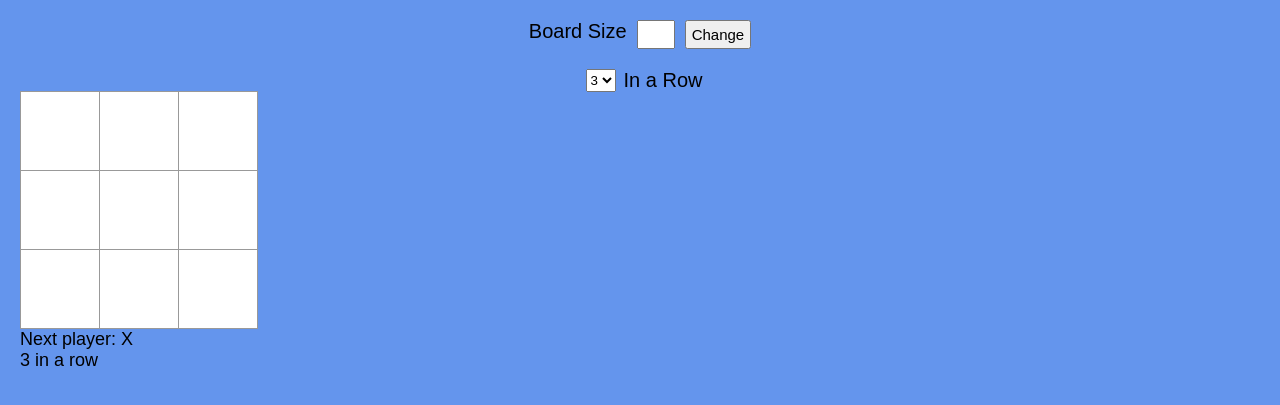
Repository: yshong211/tic-tac-toe-0708
Page: /
These files come from the project's save history. The page is drawn as it stood at one moment and after a run of saves; the edit follows.
The browser window is 1280 px wide. The pictures show the whole page.
The project was rebuilt for these pictures with package versions that can differ from the ones it lists, and the page was loaded fresh each time.

Above is the page before, as saved 2020-07-09 09:39:34.

### src/index.jsx
import React from 'react';
import ReactDOM from 'react-dom';
import './index.css';
import GetDim from './components/getDim/getDim';

// ========================================

// renders the game component to element

ReactDOM.render(<GetDim />, document.getElementById('root'));

### src/index.css
body {
  font: 18px 'Century Gothic', Futura, sans-serif; /* size, font */
  margin: 20px; /* space outside of border */
  background-color: cornflowerblue;
}

form {
  margin-bottom: 20px;
}

ol,
ul {
  padding-left: 30px; /* space b/t left border to content */
}

.board-row:after {
  clear: both;
  content: '';
  display: table;
}

.status {
  margin-bottom: 10px;
}


.square:focus {
  outline: none;
}

.kbd-navigation .square:focus {
  background: #ddd;
}

### src/components/getDim/getDim.jsx
import React from 'react';
import Game from '../game/game';
import './getDim.css';

export default class GetDim extends React.Component {
  constructor(props) {
    super(props);
    this.state = { rows: 3, winning: 3, board: [] };
    this.handleInputChange = this.handleInputChange.bind(this);
    this.handleClick = this.handleClick.bind(this);
  }

  handleInputChange(event) {
    const value = event.target.value;
    const name = event.target.name;
    this.setState({
      [name]: value,
    });
  }

  handleClick(e) {
    e.preventDefault();
    if (window.confirm('Change fosho?')) {
      if (this.refs.rows.value < 3 || this.refs.rows.value > 10) {
        alert('3-10 only');
      } else {
        this.setState({
          rows: this.refs.rows.value,
          board: [],
        });
      }
    }
  }

  how_many(rows) {
    let how = [];
    for (let i = 3; i <= rows; i++) {
      how.push(<option value={i}>{i}</option>);
    }
    return how;
  }

  render() {
    return (
      <div className="submission">
        <form>
          <label className="size">
            Board Size
            <br />
            <input ref="rows" type="number" />
            <button
              className="submit"
              onClick={(e) => {
                this.handleClick(e);
              }}
            >
              Change
            </button>
          </label>
        </form>

        <label className="win">
          <select
            className="win_select"
            name="winning"
            value={this.state.winning}
            onChange={this.handleInputChange}
          >
            {this.how_many(this.state.rows)}
          </select>
          In a Row
          <br />
        </label>

        <Game
          rows={parseInt(this.state.winning)}
          board_rows={parseInt(this.state.rows)}
          board={this.state.board}
        />
      </div>
    );
  }
}

### src/components/game/game.jsx
import React from 'react';
import Board from '../board/board';

export default class Game extends React.Component {
  constructor(props) {
    super(props);
    this.state = {
      history: [], // track the last index
      stepNumber: 0, // count var
      xIsNext: true,
    };
  }

  hor(squares, row_length, count, x, o) {
    let index = 0;
    for (let i = 0; i < this.props.board_rows; i++) {
      for (let j = 0; j < this.props.board_rows; j++) {
        if (squares[index] === 'X') {
          x++;
          o = 0;
          count++;
        } else if (squares[index] === 'O') {
          o++;
          x = 0;
          count++;
        } else {
          count = 0;
        }
        index++;
        if (o >= row_length && count >= row_length) {
          return 'O';
        }
        if (x >= row_length && count >= row_length) {
          return 'X';
        }
      }
      x = 0;
      o = 0;
    }
  }

  vert(squares, row_length, count, x, o) {
    for (let i = 0; i < this.props.board_rows; i++) {
      for (
        let j = i;
        j < this.props.board_rows ** 2;
        j += this.props.board_rows
      ) {
        if (squares[j] === 'X') {
          x++;
          o = 0;
          count++;
        } else if (squares[j] === 'O') {
          o++;
          x = 0;
          count++;
        } else {
          count = 0;
        }
        if (o >= row_length && count >= row_length) {
          return 'O';
        }
        if (x >= row_length && count >= row_length) {
          return 'X';
        }
      }
      x = 0;
      o = 0;
    }
  }

  cross(squares, row_length, count, x, o) {
    //let track = 1;
    //let rows = this.props.board_rows;
    for (let i = row_length - 1; i < row_length ** 2 - 1; i += row_length - 1) {
      if (squares[i] === 'X') {
        x++;
      }
      if (squares[i] === 'O') {
        o++;
      }
      count++;
    }
    if (o === row_length) {
      return 'O';
    }
    if (x === row_length) {
      return 'X';
    }
    o = 0;
    x = 0;

    for (let j = row_length - 1; j < row_length ** 2 - 1; j += row_length - 1) {
      if (squares[j] === 'X') {
        x++;
      }
      if (squares[j] === 'O') {
        o++;
      }
      count++;
    }
    if (o === row_length) {
      return 'O';
    }
    if (x === row_length) {
      return 'X';
    }
    o = 0;
    x = 0;
  }

  calculateWinner(squares, rows) {
    const count = 0;
    const x = 0;
    const o = 0;
    if (
      this.hor(squares, rows, count, x, o) === 'O' ||
      this.hor(squares, rows, count, x, o) === 'X'
    ) {
      return this.hor(squares, rows, count, x, o);
    } else if (
      this.vert(squares, rows, count, x, o) === 'O' ||
      this.vert(squares, rows, count, x, o) === 'X'
    ) {
      return this.vert(squares, rows, count, x, o);
    } else if (
      this.cross(squares, rows, count, x, o) === 'O' ||
      this.cross(squares, rows, count, x, o) === 'X'
    ) {
      return this.cross(squares, rows, count, x, o);
    }

    return null;
  }

  handleClick(i) {
    const hist = this.state.history;
    const squares = this.props.board;
    const rows = this.props.rows;
    if (this.calculateWinner(squares, rows) || squares[i]) {
      // ends the game
      return;
    }
    squares[i] = this.state.xIsNext ? 'X' : 'O';
    hist.push(i);
    this.setState({
      board: squares,
      history: hist,
      stepNumber: this.state.history.length,
      xIsNext: !this.state.xIsNext, // changes turn
    });
  }

  jumpTo(history, board, step) {
    for (let i = history.length - 1; i >= step; i--) {
      board[history.pop()] = null;
    }
    this.setState({
      stepNumber: step,
      xIsNext: step % 2 === 0,
    });
  }

  render() {
    const board = this.props.board;
    const history = this.state.history;
    const rows = this.props.rows;
    const winner = this.calculateWinner(board, rows);
    const moves = history.map((step, move) => {
      const desc = move ? 'Go to move #' + move : 'Refresh';

      return (
        <li key={move}>
          <button onClick={() => this.jumpTo(history, board, move)}>
            {desc}
          </button>
        </li>
      );
    });

    let status;
    winner
      ? (status = 'Winner: ' + winner)
      : (status = 'Next player: ' + (this.state.xIsNext ? 'X' : 'O'));
    return (
      <div className="game">
        <div className="game-board">
          <Board
            rows={this.props.board_rows}
            squares={board}
            onClick={(i) => this.handleClick(i)}
          />
        </div>
        <div className="game-info">
          <div>{status}</div>
          <div>{rows} in a row</div>
          <ol>{moves}</ol>
        </div>
      </div>
    );
  }
}

### src/components/getDim/getDim.css
input {
  margin-left: 10px;
  width: 30px;
  height: 23px;
}
select {
  margin-left: 8px;
}
.submit {
  /*display: flex;*/
  margin-left: 10px;
  padding: 3px 5px;
  font-size: 15px;
  /*
  text-align: center;
  align-items: center;
  justify-content: center;
  */
}
.size {
  display: flex;
  font-size: 20px;
  justify-content: center;
}
.win {
  display: flex;
  font-size: 20px;
  justify-content: center;
  align-content: flex-start;
  padding: 0px;
  /*margin-top: 5px;*/
}
.win_select {
  margin-right: 8px;
}

### src/components/board/board.jsx
import React from 'react';
import Square from '../square/square';

export default class Board extends React.Component {
  renderSquare(i) {
    return (
      <Square
        value={this.props.squares[i]}
        onClick={() => this.props.onClick(i)}
      />
    );
  }
  create_rq(start, end) {
    let rows = [];
    for (let i = start; i < end; i++) {
      rows.push(this.renderSquare(i));
    }
    return rows;
  }
  create_row(start) {
    let board_r = [];
    for (let i = 0; i < start; i++) {
      let new_r = i * start;
      let new_end = parseInt(new_r) + parseInt(start);
      board_r.push(
        <div className="board-row">{this.create_rq(new_r, new_end)}</div>
      );
    }
    return board_r;
  }
  render() {
    return <div>{this.create_row(this.props.rows)}</div>;
  }
}

### src/components/square/square.jsx
import React from 'react';
import './square.css'

export default function Square(props) {
  return (
    <button className="square" onClick={props.onClick}>
      {props.value}
    </button>
  );
}

### src/components/square/square.css
.square {
    background: rgb(255, 255, 255);
    border: 1px solid #999;
    float: left;
    font-size: 60px;
    font-weight: bold;
    line-height: 80px;
    height: 80px;
    margin-right: -1px;
    margin-top: -1px;
    padding: 0;
    text-align: center; /* text in the middle */
    width: 80px;
  }

### src/components/game/game.css
.game {
    margin-top: 25px;
    display: flex;
    flex-direction: row;
    justify-content: center;
  }

  .game-info {
    margin-left: 20px;
  }

Loaded but not shown: public/index.html (common file)

After the next 2 saves:
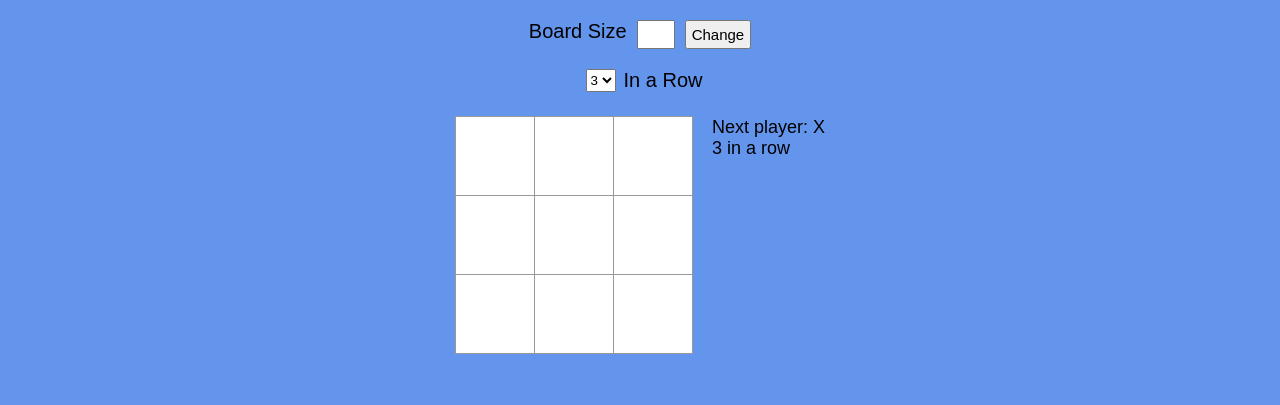
The 2 saves are shown as one change because 1 did not build or start.
The last was saved 16 s later.
--- a/src/components/game/game.jsx
+++ b/src/components/game/game.jsx
@@ -1,5 +1,6 @@
 import React from 'react';
 import Board from '../board/board';
+import './game.css'
 
 export default class Game extends React.Component {
   constructor(props) {
